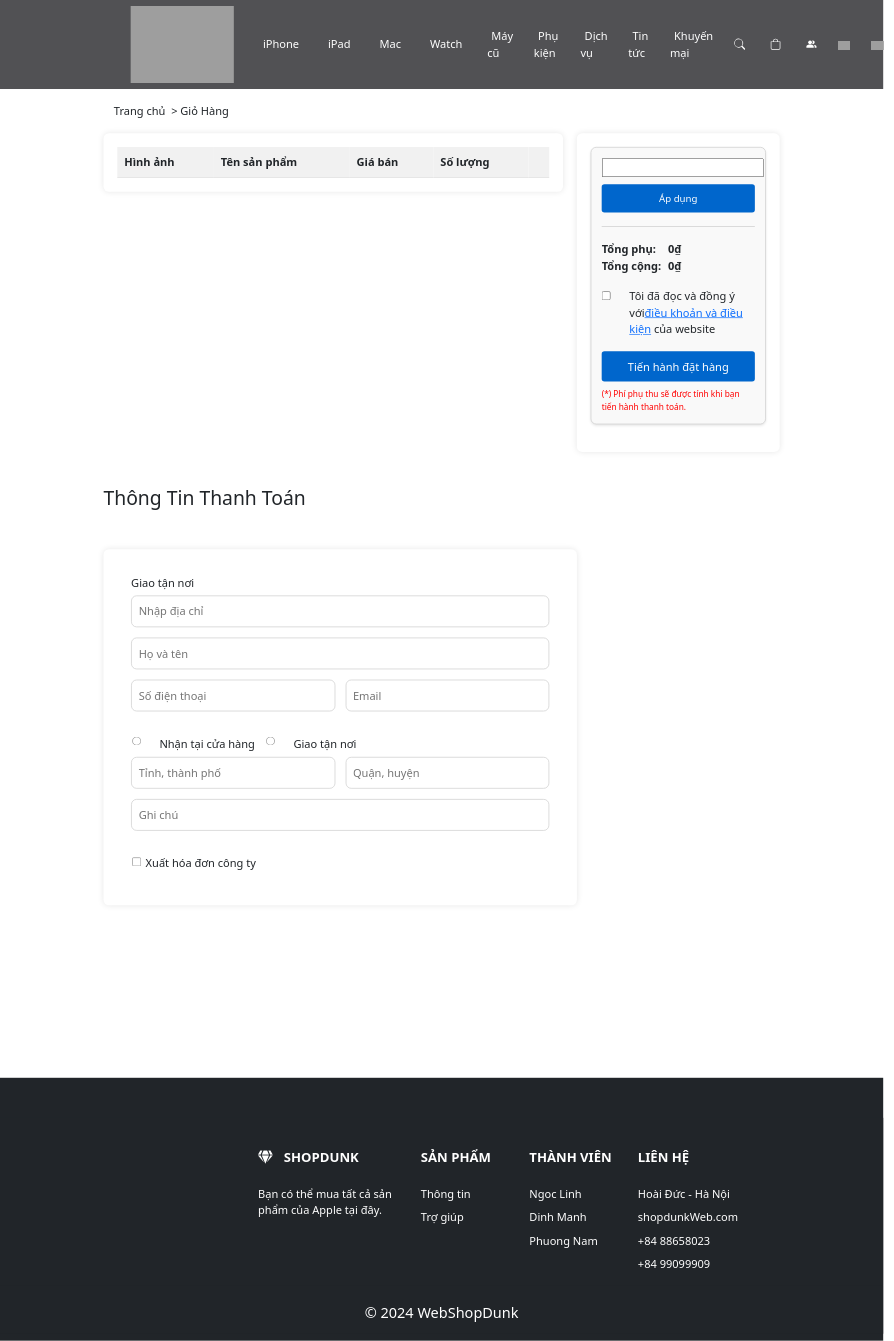
Repository: 20092004nam2k4/FE-ShopDunk
Page: /cart
An editor plug-in stored every save of this project. The page is shown before and after the next save, followed by the edit.
The browser window is 1280 px wide. The page is 1296 px wide, so the pictures cover 1296 px, including what lies to the right of the window. The pictures show the whole page, at 69% of full size.
Pictures or frames that could not be fetched are drawn as grey boxes. The page's requests for data from a server got no answer. The project was rebuilt for these pictures with package versions that can differ from the ones it lists, and the page was loaded fresh each time. No one was signed in, and anything a server would have sent is missing. Also part of the build but not shown: src/component/common/SlideImage.css, src/component/common/SlideImage.js, src/component/product/ProductList.css, src/component/product/ProductList.js, src/component/product/ProductDetail.css, src/component/product/ProductDetail.js, src/component/user/LoginUser.js, src/component/user/UserProfile.js and 3 more.

Above is the page before, as saved 2024-06-10 14:18:44.

### src/App.js
import React from "react";
import { BrowserRouter as Router, Route, Routes } from "react-router-dom";
import Navbar from "./component/common/Navbar";
import SlideImage from "./component/common/SlideImage";
import ProductList from "./component/product/ProductList";
import CartPage from "./component/cart/CartPage";
import ProductDetail from "./component/product/ProductDetail";
import LoginUser from "./component/user/LoginUser";
import UserProfile from "./component/user/UserProfile";
import { AuthProvider } from "./context/AuthContext";
import RegisterUser from "./component/user/UserRegister";
import CategoryProducts from "./component/product/CategoryProducts"; // Import the new component

function App() {
  return (
    <AuthProvider>
      <Router>
        <div className="App">
          <Navbar />
          <Routes>
            <Route
              path="/"
              element={
                <>
                  <SlideImage />
                  <ProductList />
                </>
              }
            />
            <Route path="/cart" element={<CartPage />} />
            <Route path="/product/:id" element={<ProductDetail />} />
            <Route path="/register" element={<RegisterUser />} />
            <Route path="/login" element={<LoginUser />} />
            <Route path="/profile" element={<UserProfile />} />
            <Route
              path="/category/:categoryId"
              element={<CategoryProducts />}
            />{" "}
            {/* Add this line */}
          </Routes>
        </div>
      </Router>
    </AuthProvider>
  );
}

export default App;

### src/context/AuthContext.js
import React, { createContext, useState, useEffect } from "react";

export const AuthContext = createContext();

export const AuthProvider = ({ children }) => {
  const [isLoggedIn, setIsLoggedIn] = useState(false);
  const [user, setUser] = useState(null);

  useEffect(() => {
    const storedUser = localStorage.getItem("user");
    if (storedUser) {
      setIsLoggedIn(true);
      setUser(JSON.parse(storedUser));
    }
  }, []);

  const login = (userData) => {
    setIsLoggedIn(true);
    setUser(userData);
    localStorage.setItem("user", JSON.stringify(userData));
  };

  const logout = () => {
    setIsLoggedIn(false);
    setUser(null);
    localStorage.removeItem("user");
  };

  return (
    <AuthContext.Provider value={{ isLoggedIn, user, login, logout }}>
      {children}
    </AuthContext.Provider>
  );
};

### src/component/common/Navbar.css
.navbar {
  background-color: #515154;
  padding: 10px;

}

.navbar-links {
  list-style: none;
  display: flex;
  justify-content: center;
  margin: 0;
  padding: 0;
  padding-left: 168px;
  align-items: center;
}

.navbar-links li {
  margin: 0 15px;
}

.navbar-links a {
  color: white;
  text-decoration: none;
  padding: 10px 6px 25px;
  transition: background-color 0.3s;

}

/* .navbar-links a:hover {
  background-color: #575757;
} */
.imageIcon{
  width: 150px;
}
.icon-bag{
  color: white;
  height: 38px;

}
.icon-people{
  color: white;
  height: 38px;

}
.icon-search{
color: white;
height: 38px;
}
.imageIconVN{
  height: 14px;

}
.navbar-links li a {
color: #fff;
text-decoration: none;
transition: color 0.3s ease; }

.navbar-links li a:hover {
color: #fff;
}

### src/component/product/ProductCart.css
.product-list {
  display: flex;
  flex-wrap: wrap;
  justify-content: center;
}
.product-card img {
  max-width: 100%;
  height: auto;
}
.tittleIphone {
  text-align: center;
  margin-top: 38px;
  margin-bottom: 20px;
}
.a-category {
  text-align: center;
  margin-top: 20px;
}
.custom-blue {
  color: #0066cc !important;
  border-color: #0066cc !important;
}
.custom-blue:hover {
  color: #fff !important;
  background-color: #0066cc !important;
}
.button-text {
  font-size: 17px;
}
.product-card {
  width: 300px;
  height: 430px;
  display: flex;
  flex-direction: column;
  align-items: center;
  justify-content: space-between;
  border: 1px solid #ddd;
  padding: 10px;
  margin: 10px;
  box-shadow: 0 4px 8px rgba(0, 0, 0, 0.1); /* Thêm đổ bóng để đẹp hơn */
  border-radius: 5px;
  color: white;
}
.product-name {
  font-weight: bold;
}
.product-price-wrapper {
  display: flex;
  align-items: center;
  gap: 10px;
}
.product-discounted-price {
  font-weight: 700;
  font-size: 16px;
  line-height: 24px;
  color: #0066cc;
}
.product-original-price-wrapper {
  display: flex;
  align-items: center;
}
.product-price {
  color: #6c757d; /* Màu đen nhạt */
  text-decoration: line-through;
  font-size: 16px;
  margin-right: 5px; /* Khoảng cách giữa giá cũ và tag giảm giá */
}
.discount-tag {
  color: #6c757d; /* Màu đen nhạt */
  font-size: 16px;
}
.img-info {
  width: 1200px;
  height: 401px;
}
.info-banner {
  text-align: center;
  margin-top: 80px;
}
.bg-dark {
  background-color: #575757 !important;
}
.text-white {
  color: #fff !important;
}
.border-bottom {
  border-color: rgba(255, 255, 255, 0.1) !important;
}
.footer-links a {
  color: #fff !important;
}
.footer-links a:hover {
  color: #ddd !important;
}
.footerMain {
  margin-top: 90px;
}
.product-card-link {
  text-decoration: none;
  color: inherit; /* Optional: Inherit color to prevent default link color */
}
.textFooter{
  padding-top: 30px;
}

.carousel {
  margin-top: 20px;
  margin-bottom: 20px; /* Để tạo khoảng cách giữa carousel và danh sách sản phẩm */
  padding: 0 210px; /* Thu nhỏ carousel vào 100px mỗi bên */
}

.carousel-inner {
  width: 100%; /* Đảm bảo width của carousel vẫn 100% */
  margin: auto; /* Căn giữa carousel */
}
.carousel-control {
  padding: 0 230px; /* Đặt khoảng cách 20px giữa các nút chuyển ảnh */
}
.category-products-container {
  background-color: #f5f5f7; /* Màu nền của trang */
}
.tittle-headerCategory{
  background-color: white;
  margin-left: 210px;
  padding-top: 15px;
  color: #6c757d;
  padding-bottom: -10px;
}

### src/component/cart/CartPage.css
/* General styles for the cart page */
.tong {
    display: flex;
    justify-content: center;
    align-items: flex-start;
    padding: 50px;
    gap: 20px; /* Add gap between left and right sections */
    margin: 0 100px; /* Adjust left and right margins to 100px */
    max-width: 1400px; /* Set a maximum width for the container */
}

.left {
    width: 70%; /* Increase width to 70% */
    background-color: #fff; /* Add background color for clarity */
    padding: 20px; /* Add padding for spacing */
    box-shadow: 0 0 10px rgba(0, 0, 0, 0.1); /* Add box shadow for aesthetics */
    border-radius: 8px; /* Add border radius for rounded corners */
}

.right {
    width: 30%; /* Adjust width to 30% */
    background-color: #fff; /* Add background color for clarity */
    padding: 20px; /* Add padding for spacing */
    box-shadow: 0 0 10px rgba(0, 0, 0, 0.1); /* Add box shadow for aesthetics */
    border-radius: 8px; /* Add border radius for rounded corners */
}

.table-wrapper {
    overflow-x: auto;
    margin-bottom: 20px;
}

.cart {
    width: 100%;
    border-collapse: collapse;
}

.cart th,
.cart td {
    padding: 10px;
    text-align: left;
    border-bottom: 1px solid #ddd;
}

.cart th {
    background-color: #f1f1f1;
}

.cart img {
    max-width: 80px;
    height: auto;
}

.product-name {
    font-weight: bold;
    color: #333;
    text-decoration: none;
}

.product-name:hover {
    text-decoration: underline;
}

.attributes {
    font-size: 14px;
    color: #555;
}

.edit-item a {
    font-size: 14px;
    color: #0066cc;
}

.unit-price,
.subtotal {
    font-weight: bold;
    color: #333;
}

.qty-input {
    width: 40px;
    text-align: center;
    border: 1px solid #ddd;
    padding: 5px;
    margin: 0 5px;
}

.remove-btn {
    background: none;
    border: none;
    color: red;
    cursor: pointer;
}

.cart-options {
    margin-top: 20px;
}

.button {
    padding-top: 10px;
    display: inline-flex;
    float: right;
}

.common-buttons .button-2 {
    background-color: #5f5c5c;
    color: white;
    border: none;
    padding: 10px 20px;
    cursor: pointer;
    margin-right: 10px;
    border-radius: 5px;
}

.common-buttons .button-2:hover {
    background-color: #005bb5;
}

.footerMain {
    padding: 40px 0;
}

.footerMain .text-uppercase {
    text-transform: uppercase;
}

.footerMain .fw-bold {
    font-weight: bold;
}

.footerMain p {
    margin: 0;
    padding: 5px 0;
}

.footerMain a {
    color: #ffffff;
    text-decoration: none;
}

.footerMain a:hover {
    text-decoration: underline;
}

/* Styles for deals section */
.deals {
    margin-bottom: 20px;
}

/* Styles for coupon box */
.coupon-box {
    border: 1px solid #ccc;
    padding: 15px;
    background-color: #f9f9f9;
    width: 100%; /* Adjust width to 100% */
    box-sizing: border-box; /* Ensure padding is included in width */
    border-radius: 8px; /* Add border radius for rounded corners */
    box-shadow: 0 2px 4px rgba(0, 0, 0, 0.1); /* Add subtle shadow */
    margin-bottom: 20px; /* Add space below the coupon box */
}

.title {
    font-weight: bold;
    font-size: 18px;
    color: #333;
    margin-bottom: 10px; /* Add space below the title */
}

.hint {
    margin-top: 5px;
    color: #666;
    font-size: 14px;
}

/* Styles for coupon code input */
.coupon-code input {
    width: calc(100% - 20px); /* Adjust width to fit within the coupon box */
    margin-top: 10px;
    padding: 10px;
    border: 1px solid #ccc;
    border-radius: 4px; /* Add border radius */
    box-sizing: border-box; /* Ensure padding is included in width */
}

/* Styles for apply button */
.apply-discount-coupon-code-button {
    margin-top: 10px;
    padding: 10px;
    background-color: #0066CC;
    color: #fff;
    border: none;
    border-radius: 4px; /* Add border radius */
    cursor: pointer;
    width: 100%; /* Make button full-width */
}

.apply-discount-coupon-code-button:hover {
    background-color: #005bb5; /* Darken button color on hover */
}

/* Styles for totals section */
.totals {
    border-top: 1px solid #ccc;
    padding-top: 20px;
    margin-top: 20px;
}

/* Styles for total info */
.total-info {
    margin-bottom: 20px;
}

/* Styles for left side of total row */
.cart-total-left {
    padding-right: 10px;
    font-weight: bold;
}

/* Styles for total value */
.value-summary {
    font-weight: bold;
}

/* Styles for checkout buttons */
.checkout-buttons {
    margin-top: 20px;
}

/* Styles for checkout button */
.checkout-button {
    padding: 10px 20px;
    background-color: #0066CC;
    color: #fff;
    border: none;
    border-radius: 4px; /* Add border radius */
    cursor: pointer;
    width: 100%; /* Make button full-width */
    text-align: center; /* Center text */
}

.checkout-button:hover {
    background-color: #005bb5; /* Darken button color on hover */
}

/* Styles for note */
.note-ck {
    margin-top: 10px;
    font-size: 12px;
    color: red;
}
.remove-button {
    background: none;
    border: none;
    cursor: pointer;
    color: rgb(98, 97, 97); /* Customize as needed */
    font-size: 1.2em; /* Customize size as needed */
  }
  .tittle-header{
    margin-top: 20px;
    margin-left: 150px;

    margin-right: 200px;
    margin-bottom: -30px;
    padding-left: 15px;
  }
  .enter-address {
    padding: 20px;
}
.edit-address {
    margin-top: 20px;
}
.edit-address input[type="text"],
.edit-address select {
    width: 100%;
    padding: 10px;
    margin-bottom: 10px;
    border: 1px solid #ccc;
    border-radius: 5px;
}
.edit-address label {
    display: block;
    margin-bottom: 5px;
    font-weight: bold;
}
.edit-address input[type="radio"],
.edit-address label {
    margin-right: 10px;
}
.edit-address span {
    display: block;
    margin-top: 5px;
    font-style: italic;
}
.bg-white {
    background-color: #fff;
}
.left {
    width: 70%; /* Increase width to 70% */
    background-color: #fff; /* Add background color for clarity */
    padding: 20px; /* Add padding for spacing */
    box-shadow: 0 0 10px rgba(0, 0, 0, 0.1); /* Add box shadow for aesthetics */
    border-radius: 8px; /* Add border radius for rounded corners */
  }

  .tong-bot {
    display: flex;
    align-items: flex-start;
    padding: 50px;
    gap: 20px; /* Add gap between left and right sections */
    margin: 0 100px; /* Adjust left and right margins to 100px */
    max-width: 1370px; /* Set a maximum width for the container */
  }

  .enter-address {
    display: flex;
    flex-direction: column;
  }

  .enter-address input,
  .enter-address select {
    width: 100%;
    margin-bottom: 15px;
    padding: 10px;
    border: 1px solid #ccc;
    border-radius: 8px;
  }

  .half-inputs {
    display: flex;
    gap: 15px;
  }

  .edit-address .delivery-method {
    display: flex;
    gap: 15px;
  }

  .edit-address input[type="checkbox"] {
    transform: scale(0.8);
    border-radius: 50%; /* Make the checkboxes round */
    width: 16px; /* Adjust the width */
    height: 16px; /* Adjust the height */
  }
  .edit-address input[type="radio"] {
    transform: scale(0.8);
    border-radius: 50%; /* Make the checkboxes round */
    width: 16px; /* Adjust the width */
    height: 16px; /* Adjust the height */
  }

  .edit-address .delivery-method input[type="checkbox"] {
    vertical-align: middle; /* Align checkboxes vertically */
  }
  .edit-address .delivery-method input[type="radio"] {
    vertical-align: middle; /* Align checkboxes vertically */
  }

  .edit-address .delivery-method label {
    vertical-align: middle; /* Align labels vertically */
    margin-left: 5px; /* Add space between checkbox and label */
  }
  .tittle-header{
    margin-left: 150px;
  }

  .thanhtoan{
    padding-left: 150px;
  }
  .coupon-code {
    display: flex;
    align-items: center;
    gap: 10px; /* Adjust the gap between input and button as needed */
  }

  .discount-coupon-code {
    flex: 1;
    padding: 10px;
    font-size: 14px;
    border: 1px solid #ccc;
    border-radius: 4px;
  }

  .apply-discount-coupon-code-button {
    padding: 10px 20px;
    font-size: 14px;
    background-color: #0066cc;
    color: white;
    border: none;
    border-radius: 4px;
    cursor: pointer;
  }

  .apply-discount-coupon-code-button:hover {
    background-color: #005bb5;
  }

  .coupon-code input::placeholder {
    color: #aaa;
  }

  .coupon-code input:focus {
    outline: none;
    border-color: #0066cc;
  }

### src/component/user/Login.css
body {
    font-family: sans-serif;
    /* display: flex; */
    justify-content: center;
    align-items: center;
    min-height: 100vh;
    background-color: #f5f5f5;
  }
  .userName-login{
    margin-top: 25px;
  }



  .left-side {
    width: 50%;
    display: flex;
    justify-content: center;
    align-items: center;
    margin-top: 90px;
  }

  .right-side {
    width: 50%;
    padding: 20px;
    margin-top: 90px;
  }

  .left-side img {
    width: 100%;
    max-width: 600px;
    height: 350px;
  }

  h2 {
    margin-bottom: 20px;
  }

  input[type="text"],
  input[type="password"] {
    width: 100%;
    padding: 10px;
    margin-bottom: 15px;
    border: 1px solid #ddd;
    border-radius: 10px;
    box-sizing: border-box;
  }

  input[type="checkbox"] {
    margin-right: 5px;
  }

  button {
    background-color: #007bff;
    color: #fff;
    padding: 10px 20px;
    border: none;
    border-radius: 3px;
    cursor: pointer;
    width: 100%;
  }

  .link {
    display: block;
    text-align: center;
    margin-top: 15px;
    color: #007bff;
    text-decoration: none;
  }

  .footerMain{
margin-top: 200px;
  }
  .textFooter{
    padding-left: 200px !important;
  }
  .textToRegister{
    margin-top: 15px;
  }

### src/component/user/UserProfile.css
    /* Reset CSS */
    * {
        box-sizing: border-box;
        margin: 0;
        padding: 0;
    }

    body {
        font-family: Arial, Helvetica, sans-serif;
        background-color: #f5f5f7; /* Updated background color */
    }

    .page-container {
        padding: 20px;
        background-color: #f5f5f7; /* Background color for the page */
    }

    .container {
        display: flex;
        justify-content: space-between;
        margin: 30px auto;
        width: 80%;
        /* gap: 30px;  */
    }

    .navigation {
        width: 25%;
        background-color: #fff;
        padding: 20px;
        border-radius: 10px;
        border: 1px solid #ddd; /* Border for left div */
        box-shadow: 0 0 10px rgba(0, 0, 0, 0.1); /* Optional: for a subtle shadow effect */
        margin-left: 50px;
    }

    .navigation ul {
        padding-left: 0; /* Reset padding */
        list-style: none; /* Remove bullet points */
    }

    .navigation li {
        padding: 10px 0;
        border-bottom: 1px solid #ddd;
    }

    .navigation li:last-child {
        border-bottom: none;
    }

    .navigation li a {
        color: #333;
        text-decoration: none;
        display: flex;
        align-items: center;
    }

    .navigation li a i {
        margin-right: 10px;
        font-size: 1.2em;
    }

    .form {
        width: calc(70% - 100px); /* Reduced width by 100px */
        background-color: #fff;
        padding: 20px;
        border-radius: 10px;
        border: 1px solid #ddd; /* Border for right div */
        box-shadow: 0 0 10px rgba(0, 0, 0, 0.1); /* Optional: for a subtle shadow effect */
        display: flex;
        flex-direction: column;
        height: calc(100% + 70px); /* Increased height by 70px */
        margin-right: 90px;
    }

    .form-row {
        display: flex;
        justify-content: space-between;
        align-items: center;
        margin-bottom: 15px;
    }

    .form-row label {
        flex: 1;
    }

    .form-row input,
    .form-row select {
        flex: 2;
        padding: 10px;
        border: 1px solid #ddd;
        border-radius: 5px;
    }

    .form-row .input-group {
        display: flex;
        flex-direction: column;
        margin-bottom: 15px;
    }

    .form-row .input-group input {
        margin-top: 10px;
    }

    .input-email {
        padding-left: 20px;
    }

    .input-gender {
        display: flex;
        align-items: center;
        padding-left: 20px;
    }

    .input-gender > div {
        display: flex;
        align-items: center;
        margin-right: 20px;
    }

    .input-gender label {
        margin-left: 5px;
        margin-right: 15px; /* Adjust spacing between the labels and inputs */
    }

    .form-row.birthday-row {
        display: flex;
        justify-content: space-between;
        align-items: center;
        margin-bottom: 15px;
    }

    .form-row.birthday-row label {
        flex: 1;
    }

    .form-row.birthday-row select {
        flex: 1;
        padding: 10px;
        border: 1px solid #ddd;
        border-radius: 5px;
    }

    .form button {
        background-color: #0066cc;
        color: white;
        padding: 10px 20px;
        border: none;
        border-radius: 5px;
        cursor: pointer;
        width: 124px;
        height: 43px;
        margin: 0 auto; /* Add this line to center the button */
        margin-top: 10px;
    }

    .newsletter {
        text-align: center;
        margin-top: 50px;
    }

    .footerMain {
        text-align: center;
        background-color: #333;
        color: #fff;
        padding: 10px 0;
    }

    .newsletter .input-group {
        width: auto;
        display: inline-flex;
        border-radius: 20px;
        margin-top: 20px;
    }

    .newsletter .input-group .form-control {
        width: 500px;
        height: 50px;
        border-radius: 20px;
    }

    .newsletter .input-group .btn {
        width: 100px;
        background-color: #0066cc;
        color: white;
        border: none;
        border-radius: 20px;
        height: 50px;

    }

    .text-email {
        margin-top: 21px;
    }
    .radio-male{
        margin-left: -48px;

    }
    .text-user{
        margin-right: 580px;
        padding-top: 17px;
    }
    .text-male{
        padding-top: 9px;
    margin-right: 234px;
    }
    .text-female{
        padding-top: 8px;
    }
    .email-info{
        padding-top: 10px;
    }
    .email-text{
        margin-bottom: 24px;
    }

Loaded but not shown: public/index.html (common file); src/index.js (common file); src/component/cart/CartPage.js (381 lines, source omitted); src/component/common/Navbar.js (132 lines, source omitted)

After the next save:
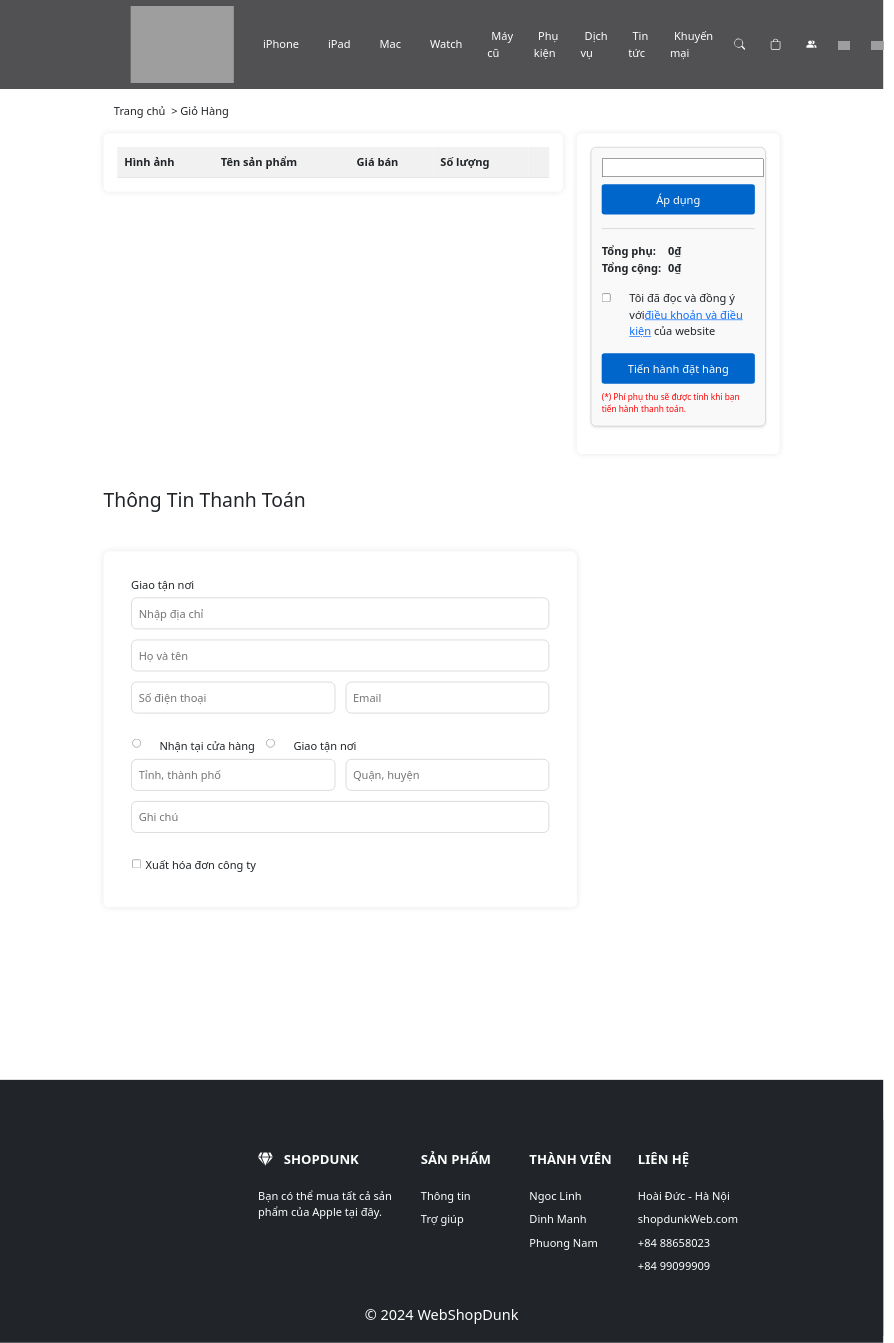
Saved 5 s later.
--- a/src/component/cart/CartPage.css
+++ b/src/component/cart/CartPage.css
@@ -366,39 +366,3 @@
   .thanhtoan{
     padding-left: 150px;
   }
-  .coupon-code {
-    display: flex;
-    align-items: center;
-    gap: 10px; /* Adjust the gap between input and button as needed */
-  }
-
-  .discount-coupon-code {
-    flex: 1;
-    padding: 10px;
-    font-size: 14px;
-    border: 1px solid #ccc;
-    border-radius: 4px;
-  }
-
-  .apply-discount-coupon-code-button {
-    padding: 10px 20px;
-    font-size: 14px;
-    background-color: #0066cc;
-    color: white;
-    border: none;
-    border-radius: 4px;
-    cursor: pointer;
-  }
-
-  .apply-discount-coupon-code-button:hover {
-    background-color: #005bb5;
-  }
-
-  .coupon-code input::placeholder {
-    color: #aaa;
-  }
-
-  .coupon-code input:focus {
-    outline: none;
-    border-color: #0066cc;
-  }
